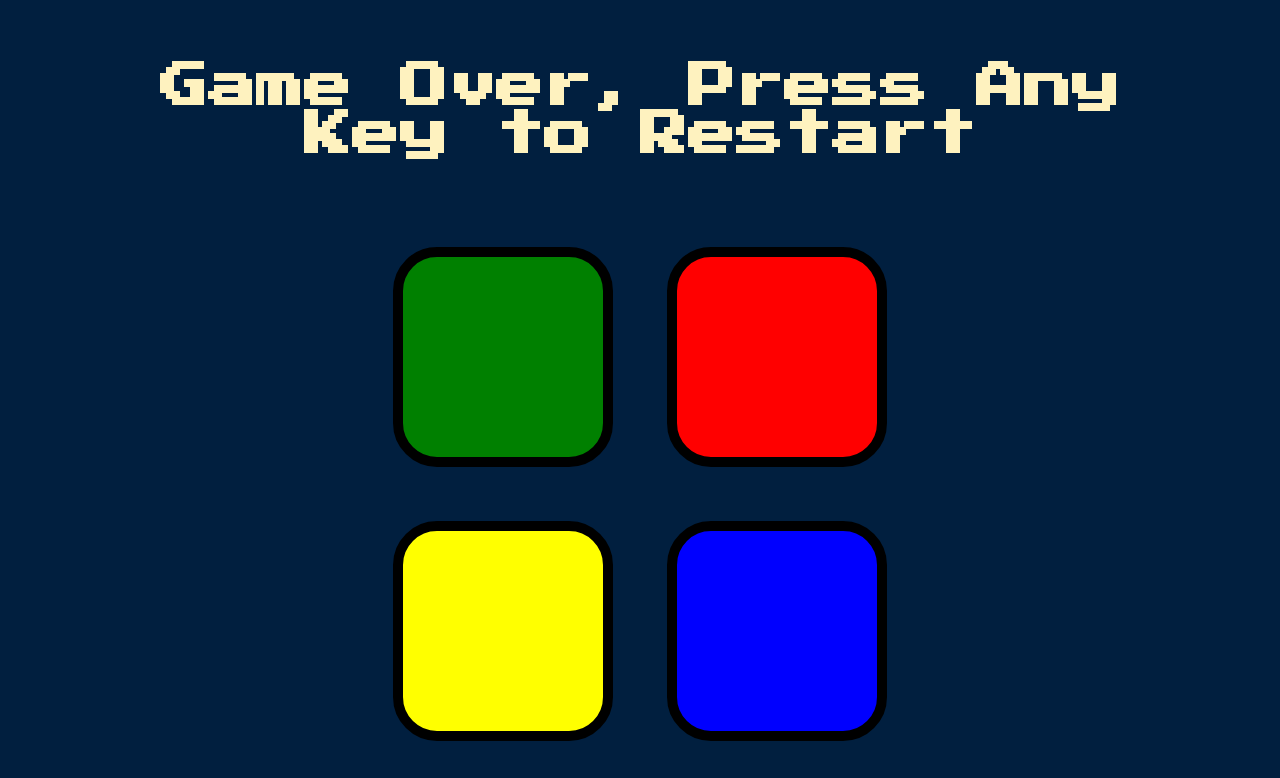
Repository: thecoachanna/simon-game
Page: index.html
The author's editor kept a copy of each file at every save. The page is drawn from the files as they stood at one save, then again after a run of saves.
The browser window is 1280 px wide. The pictures show the whole page.
After loading, the first visible `#green` was clicked once.

Above is the page before, as saved 2023-05-03 18:18:17.

After the next 3 saves:
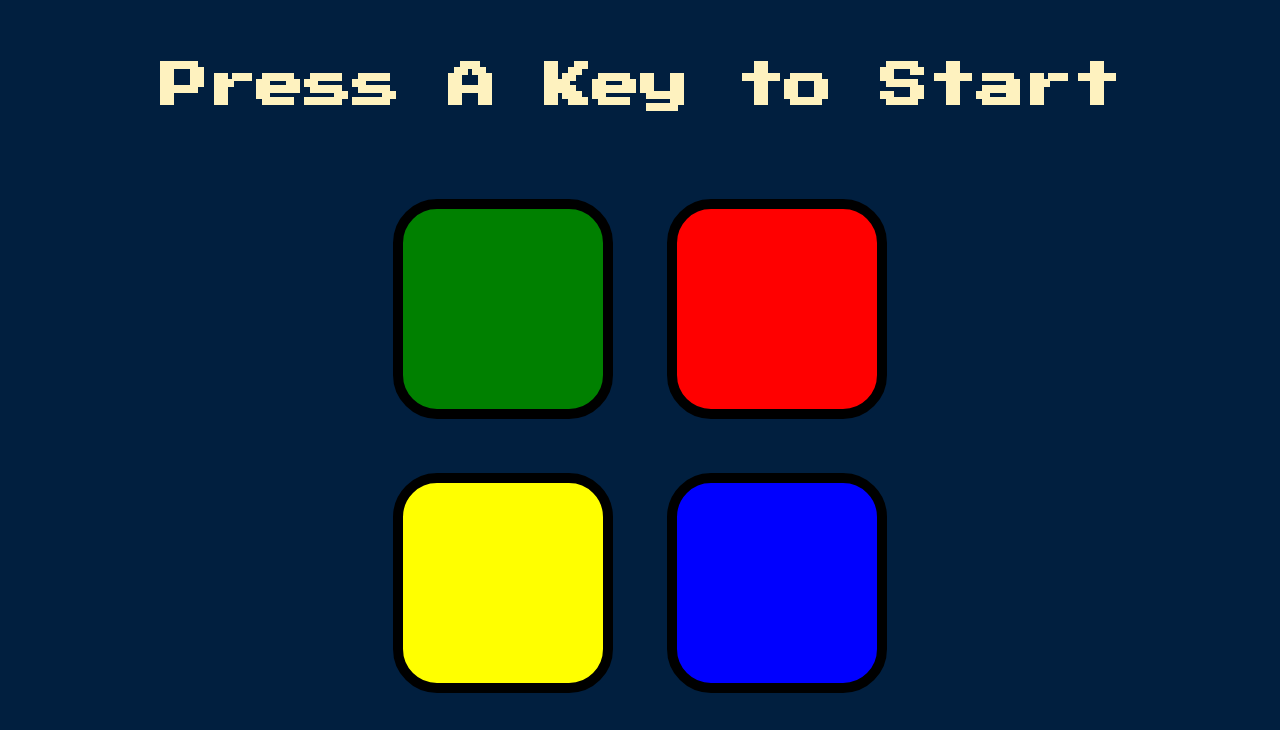
The 3 saves are shown as one change because they came seconds apart.
The last was saved 27 s later.
--- a/game.js
+++ b/game.js
@@ -54,8 +54,6 @@
     } else {
       playSound("wrong");
       $("body").addClass("game-over");
-      $("#level-title").text("Game Over, Press Any Key to Restart");
-
       setTimeout(function () {
         $("body").removeClass("game-over");
       }, 200);

After the 3 saves that followed:
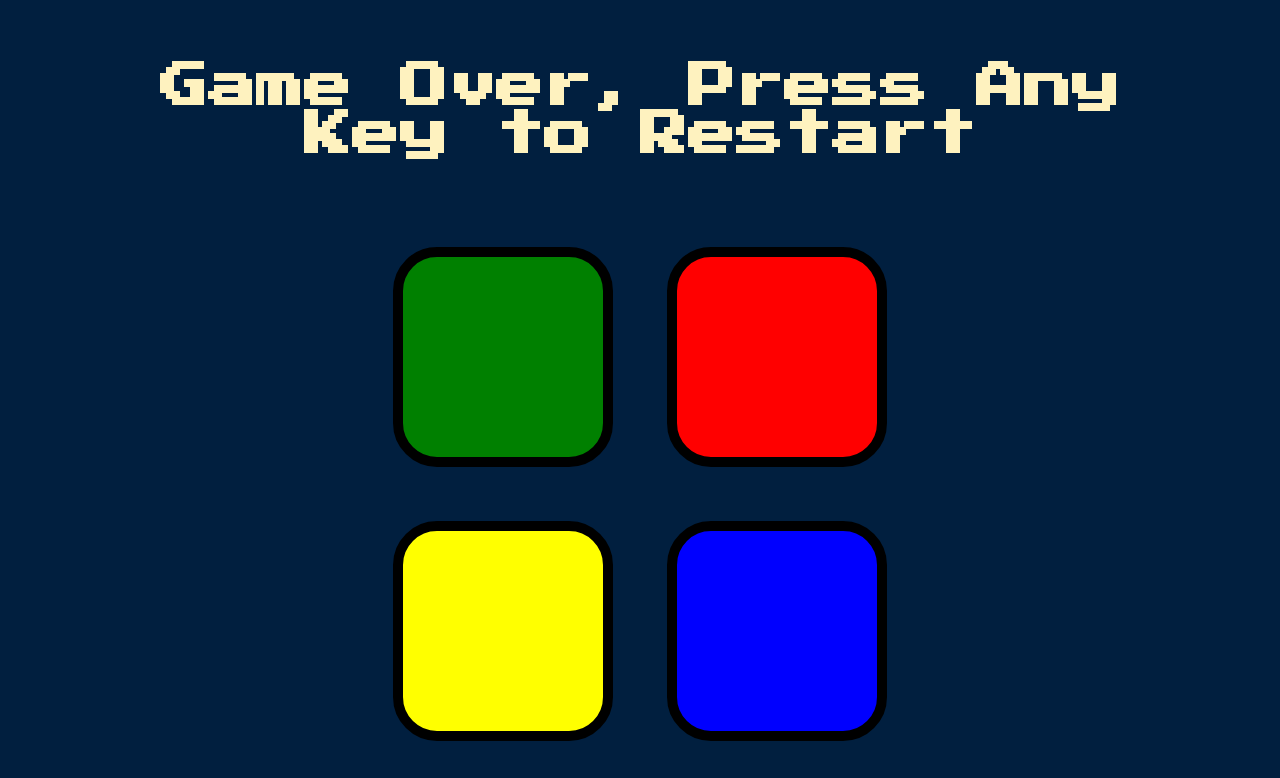
The 3 saves are shown as one change because 1 left the picture as it was and some came seconds apart.
The last was saved 25 s later.
--- a/game.js
+++ b/game.js
@@ -53,11 +53,11 @@
       }
     } else {
       playSound("wrong");
-      $("body").addClass("game-over");
+        $("body").addClass("game-over");
       setTimeout(function () {
         $("body").removeClass("game-over");
       }, 200);
-
+      $("#level-title").text("Game Over, Press Any Key to Restart");
       startOver();
     }
 }
